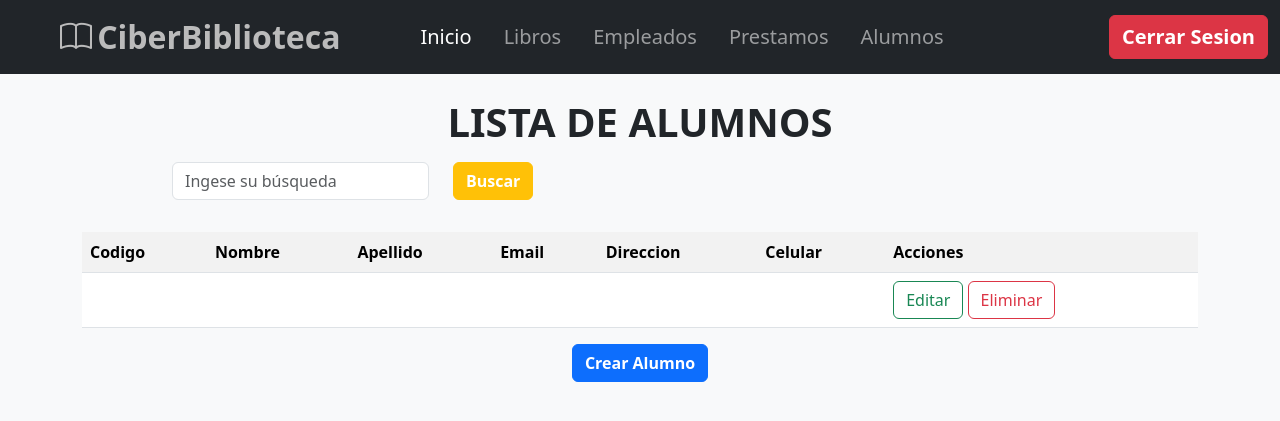
Repository: WilmerOcampo/LP1_Biblioteca
Page: http://localhost/Proyecto/listaAlumnos.jsp
These files come from the project's save history. The page is drawn as it stood at one moment and after the next save; the edit follows.
The browser window is 1280 px wide. The pictures show the whole page.
The page is served by Tomcat 10. Other server files are loaded and not shown.

Above is the page before, as saved 2023-05-31 16:28:56.

### Proyecto/src/main/webapp/listaAlumnos.jsp
<%@ page language="java" contentType="text/html; charset=ISO-8859-1"
    pageEncoding="ISO-8859-1"%>
<!DOCTYPE html>
<html>
<head>
<meta charset="ISO-8859-1">
<title>Alumnos</title>
<link href="https://cdn.jsdelivr.net/npm/bootstrap@5.3.0-alpha3/dist/css/bootstrap.min.css" rel="stylesheet"
    integrity="sha384-KK94CHFLLe+nY2dmCWGMq91rCGa5gtU4mk92HdvYe+M/SXH301p5ILy+dN9+nJOZ" crossorigin="anonymous">
<link rel="stylesheet" href="https://cdn.jsdelivr.net/npm/bootstrap-icons@1.8.1/font/bootstrap-icons.css">
</head>

<body class="bg-light">

<!-- Inicio del menu -->
      <nav class="navbar navbar-expand-md navbar-dark bg-dark">
        <div class="container-fluid">

        <!-- icono o nombre -->
        <a class="navbar-brand" href="#" style="padding-left: 3rem; padding-right: 3rem;">
            <i class="bi bi-book" style="font-size: 2rem; color:#bbb"></i>
            <span style="font-size: 2rem; color:#bbb"><b>CiberBiblioteca</b></span>
          </a>

        <!-- boton del menu -->
        <button class="navbar-toggler" type="button" data-bs-toggle="collapse" data-bs-target="#menu" aria-controls="navbarSupportedContent" aria-expanded="false" aria-label="Toggle navigation">
            <span class="navbar-toggler-icon"></span>
        </button>

          <!-- elementos del menu colapsable -->
        <div class="collapse navbar-collapse" id="menu">
            <ul class="navbar-nav me-auto" style="font-size: 20px">
                  <li class="nav-item" style="margin:0 0.5rem">
                    <a class="nav-link active" aria-current="page" href="index.jsp">Inicio</a>
                  </li>
                  <li class="nav-item" style="margin:0 0.5rem">
                    <a class="nav-link" href="listaLibros.jsp">Libros</a>
                  </li>
                  <li class="nav-item" style="margin:0 0.5rem">
                    <a class="nav-link" href="listaEmpleados.jsp">Empleados</a>
                  </li>
                  <li class="nav-item" style="margin:0 0.5rem">
                    <a class="nav-link" href="listaPrestamos.jsp">Prestamos</a>
                  </li>
                  <li class="nav-item" style="margin:0 0.5rem">
                    <a class="nav-link" href="listaAlumnos.jsp">Alumnos</a>
                  </li>
                 </ul>

          <hr class="d-md-none text-white-50">

         <!--boton Informacion -->
          <form class="d-flex">
            <button class="btn btn-danger d-none d-md-inline-block " type="submit" style="font-size: 20px; font-weight:600"><a href="login.jsp" style="text-decoration: none; color: #fff">Cerrar Sesion</a></button>
          </form>
        </div>
        </div>
      </nav>

	<br>
    <h1 class="d-flex justify-content-center" style="text-transform: uppercase;"><strong>Lista de Alumnos</strong></h1>

    <nav class="navbar">
        <div class="container-fluid">
            <form class="d-flex" role="search" style="margin-left: 10rem">
                <input class="form-control me-4" type="search" placeholder="Ingese su búsqueda" aria-label="Search">
                <button class="btn btn-warning" type="submit" style="color: #fff; font-weight:600">Buscar</button>
            </form>
        </div>
    </nav><br>

    <div class="container">

        <table class="table table-striped">
            <tr>
                <th scope="col">Codigo</th>
                <th scope="col">Nombre</th>
                <th scope="col">Apellido</th>
                <th scope="col">Email</th>
                <th scope="col">Direccion</th>
                <th scope="col">Celular</th>
                <th scope="col">Acciones</th>
            </tr>

            <tr>
                <th></th>
                <td></td>
                <td></td>
                <td></td>
                <td></td>
                <td></td>
                <td><a class="btn btn-outline-success" href="">Editar</a>
                    <a class="btn btn-outline-danger" href="#" onclick="confirmarEliminacion()">Eliminar</a>
                </td>
            </tr>
        </table>

        <div class="d-flex justify-content-center">
            <input class="btn btn-primary" type="button" value="Crear Alumno" style="color: #fff; font-weight:600"
                onclick="window.location.href='registrarAlumno.jsp'">
        </div>

    </div>

    <script src="https://cdn.jsdelivr.net/npm/bootstrap@5.3.0-alpha3/dist/js/bootstrap.bundle.min.js"
        integrity="sha384-ENjdO4Dr2bkBIFxQpeoTz1HIcje39Wm4jDKdf19U8gI4ddQ3GYNS7NTKfAdVQSZe"
        crossorigin="anonymous"></script>

<script>
	function confirmarEliminacion(codigo) {
		if (confirm("¿Estás seguro de que deseas eliminar este registro?")) {
			window.location.href = "ControladorClientes?instruccion=eliminar&codigo=" + codigo;
		}
	}
</script>

</body>
</html>

After the next save:
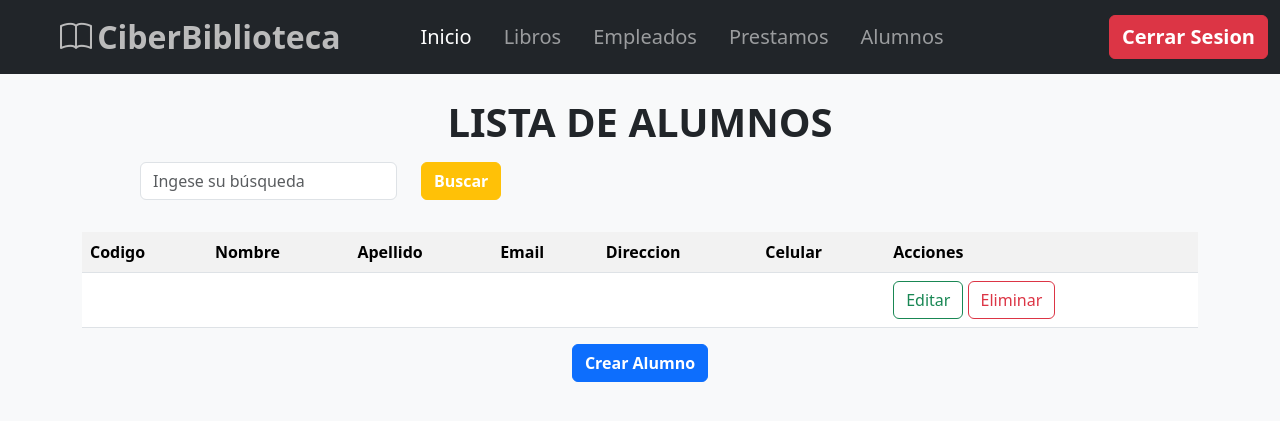
Saved 11 s later.
--- a/Proyecto/src/main/webapp/listaAlumnos.jsp
+++ b/Proyecto/src/main/webapp/listaAlumnos.jsp
@@ -62,7 +62,7 @@
 
     <nav class="navbar">
         <div class="container-fluid">
-            <form class="d-flex" role="search" style="margin-left: 10rem">
+            <form class="d-flex" role="search" style="margin-left: 8rem">
                 <input class="form-control me-4" type="search" placeholder="Ingese su búsqueda" aria-label="Search">
                 <button class="btn btn-warning" type="submit" style="color: #fff; font-weight:600">Buscar</button>
             </form>
